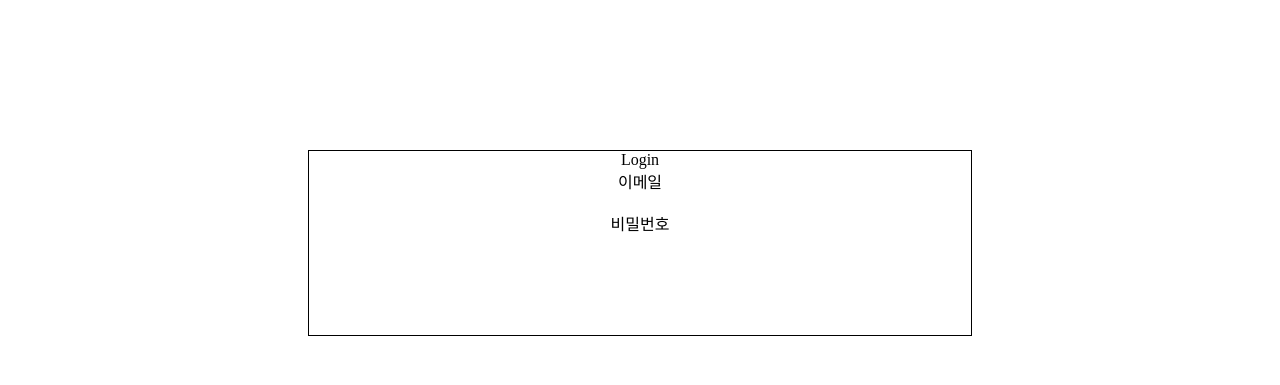
Repository: smandkd/Multicampus_Frontend
Page: http://localhost/Mulcam_Project/jsp/login.jsp
These files come from the project's save history. The page is drawn as it stood at one moment and after the next save; the edit follows.
The browser window is 1280 px wide. The pictures show the whole page.
The page is served by Tomcat 9.

Above is the page before, as saved 2022-01-30 01:58:58.

### Mulcam_Project/jsp/login.jsp
<%@ page contentType="text/html; charset=utf-8"
    pageEncoding="EUC-KR"%>
<!DOCTYPE html>
<html>
<head>
<meta name="viewport" content="width=device-width, initial-scale=1.0">
<style type="text/css">
.a {
	text-align:center;
	margin-right:300px;
	margin-left:300px;
	margin-top:150px;
	border:1px solid;
}
.b {
	padding-bottom:100px;
}
</style>
</head>
<body>

<div class="a">
	Login
	<div class="b">
		<div>이메일</div>
		<br/>
		<div>비밀번호</div>
	</div>
</div>
</body>
</html>

After the next save:
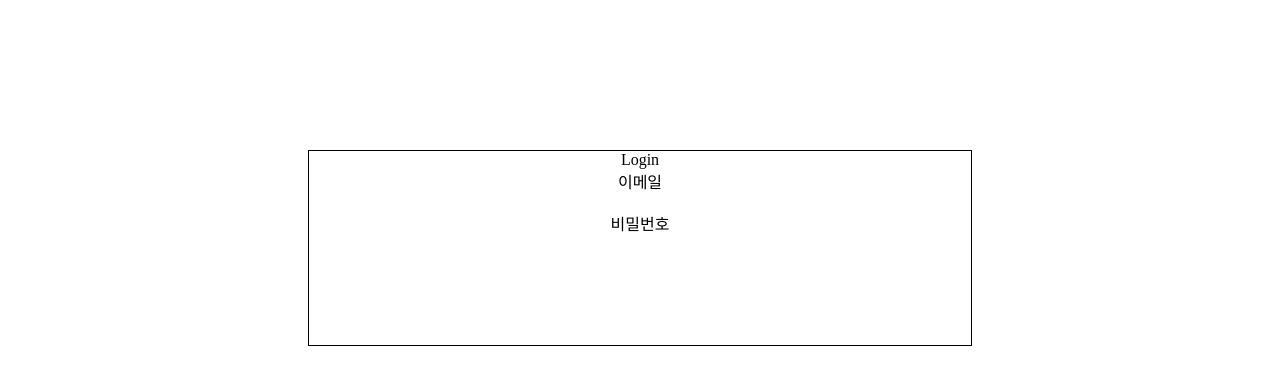
Saved 38 s later.
--- a/Mulcam_Project/jsp/login.jsp
+++ b/Mulcam_Project/jsp/login.jsp
@@ -10,6 +10,7 @@
 	margin-right:300px;
 	margin-left:300px;
 	margin-top:150px;
+	padding-bottom:10px;
 	border:1px solid;
 }
 .b {

After the save that followed:
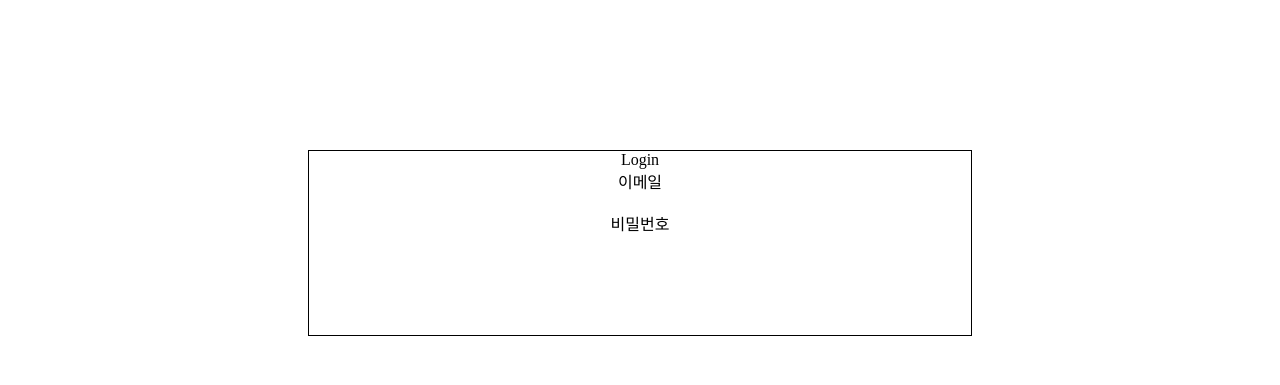
Saved 14 s later.
--- a/Mulcam_Project/jsp/login.jsp
+++ b/Mulcam_Project/jsp/login.jsp
@@ -10,7 +10,7 @@
 	margin-right:300px;
 	margin-left:300px;
 	margin-top:150px;
-	padding-bottom:10px;
+	margin-bottom:10px;
 	border:1px solid;
 }
 .b {
